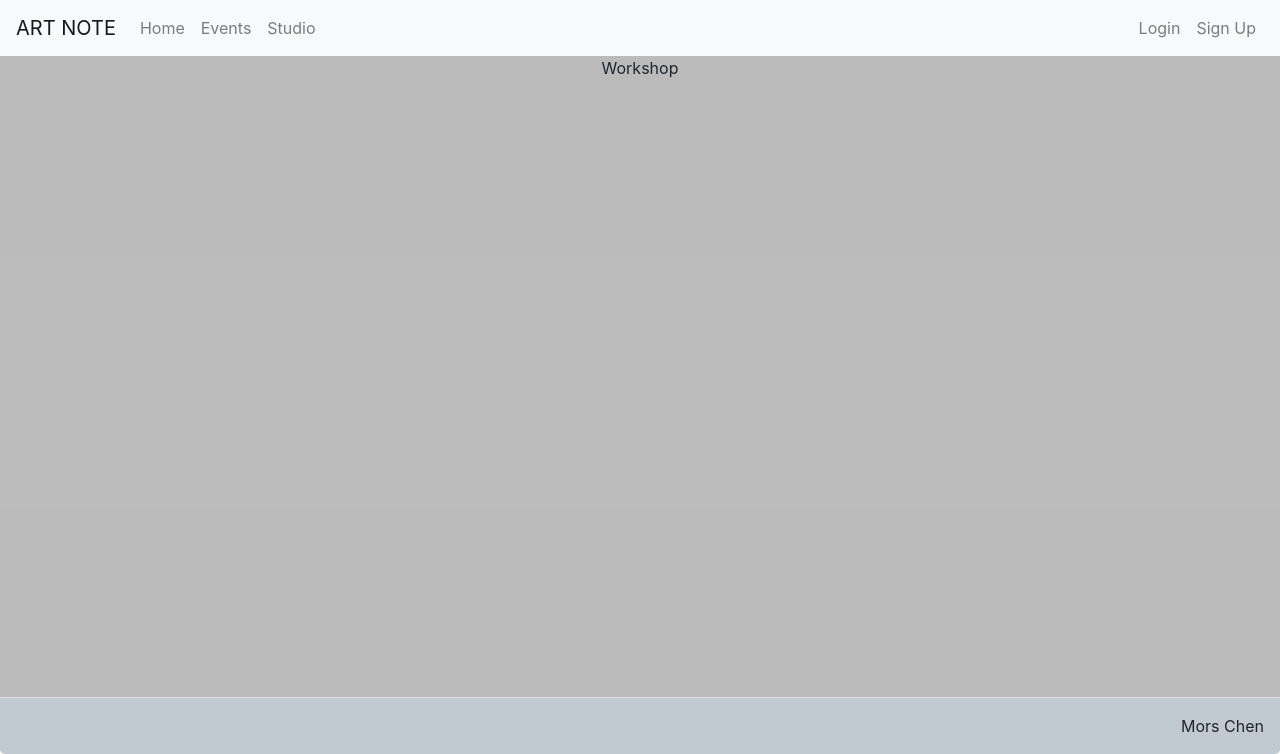
Repository: MorsChen/Final-Client
Page: /workshop (app in client-app/)
The author's editor kept a copy of each file at every save. The page is drawn from the files as they stood at one save, then again after the next save.
The browser window is 1280 px wide. The pictures show the whole page.
The page's requests for data from a server got no answer. The project was rebuilt for these pictures with package versions that can differ from the ones it lists, and the page was loaded fresh each time. No one was signed in, and anything a server would have sent is missing. Also part of the build but not shown: client-app/src/page/Home.js, client-app/src/page/SignUp.js, client-app/src/page/Login.js, client-app/src/page/Profile.js.

Above is the page before, as saved 2019-10-01 15:39:56.

### client-app/public/index.html
<!DOCTYPE html>
<html lang="en">
  <head>
    <meta charset="utf-8" />
    <link rel="shortcut icon" href="%PUBLIC_URL%/favicon.ico" />
    <meta name="viewport" content="width=device-width, initial-scale=1" />
    <meta name="theme-color" content="#000000" />
    <meta
      name="description"
      content="Web site created using create-react-app"
    />
    <link rel="apple-touch-icon" href="logo192.png" />
    <link
        rel="stylesheet"
        href="https://maxcdn.bootstrapcdn.com/bootstrap/4.3.1/css/bootstrap.min.css"
        integrity="sha384-ggOyR0iXCbMQv3Xipma34MD+dH/1fQ784/j6cY/iJTQUOhcWr7x9JvoRxT2MZw1T"
        crossorigin="anonymous"
      />
    <!--
      manifest.json provides metadata used when your web app is installed on a
      user's mobile device or desktop. See https://developers.google.com/web/fundamentals/web-app-manifest/
    -->
    <link rel="manifest" href="%PUBLIC_URL%/manifest.json" />
    <!--
      Notice the use of %PUBLIC_URL% in the tags above.
      It will be replaced with the URL of the `public` folder during the build.
      Only files inside the `public` folder can be referenced from the HTML.

      Unlike "/favicon.ico" or "favicon.ico", "%PUBLIC_URL%/favicon.ico" will
      work correctly both with client-side routing and a non-root public URL.
      Learn how to configure a non-root public URL by running `npm run build`.
    -->
    <title>Art Note</title>
  </head>
  <body>
    <noscript>You need to enable JavaScript to run this app.</noscript>
    <div id="root"></div>
    <!--
      This HTML file is a template.
      If you open it directly in the browser, you will see an empty page.

      You can add webfonts, meta tags, or analytics to this file.
      The build step will place the bundled scripts into the <body> tag.

      To begin the development, run `npm start` or `yarn start`.
      To create a production bundle, use `npm run build` or `yarn build`.
    -->
  </body>
</html>

### client-app/src/App.js
import React from "react";
import { BrowserRouter as Router, Route } from "react-router-dom";
import "./App.css";
import 'bootstrap/dist/css/bootstrap.min.css';



import Home from "./page/Home";
import SignUp from "./page/SignUp";
import Login from "./page/Login";
import Logout from "./page/Logout";
import Profile, {EditProfile, CreateProfile} from "./page/Profile";
import NavBar from "./static/NavBar";

// const URL = `https://127.0.0.1:5000/`
export default class App extends React.Component {
  constructor(props) {
    super(props);
    const existingToken = localStorage.getItem('token');
    const accessToken = (window.location.search.split("=")[0]==="?api_key") ? window.location.search.split("=")[1] : null;

    if (!accessToken && !existingToken){
        window.location.replace(`localhost:3000/`)
    };

    if (accessToken) {
        localStorage.setItem('token', accessToken);
    };

    this.state = {
      isloading:true,
      events: {},
      blogs: {},
      users: {},
      profiles: {},
      comments: {},
      news: {},
      token: existingToken || accessToken,
      user:{isSignin:false}
    }
  }

  componentDidMount() {
    this.fetchhome()
    this.fetchUser()
  }

  fetchUser= async() =>{
    const a = await fetch('https://127.0.0.1:5000/getuserinfo',{
      headers: {
        "Content-Type": "application/json",
        "Authorization": `Token ${this.state.token}`
      }
    })
    const b = await a.json()
    if (b.status === 200) {
      b.user.isSignin= true;
      b.user.token = this.state.token
      this.setState({isloading:true,user:b.user})
    }
  }

  fetchhome = async()=>{
    const token = this.state.token
    const resp = await fetch(`https://127.0.0.1:5000/userload`, {
            method: "GET",
            headers: ({
                "Content-Type": "application/json",
                "Authorization": `Token ${token}`
                })
            });
    const data = await resp.json()
    console.log("home data",data)
  }

  getToken = (token) => {
    this.setState({token : token})

  }
  // isSignin = () =>{
  //   if (this.state.token !== null){
  //     this.setState({ isSignin : true})
  //   }else {
  //     this.setState({isSignin: false})
  //   }
  //   localStorage.setItem('isSignin', this.isSignin)
  // }

  render() {
    console.log('check state', this.state)
    return (
      <div className="App">
        <Router>
            <NavBar user = {this.state.user} />


          <div className="mag-top">
            <Route path="/" exact component={Home}/>
            <Route path="/events/" exact component={Events} />
            <Route path="/studio/" exact component={Studio} />
            <Route path="/workshop/" component={Workshop} />
            <Route path="/profile/" exact component={ (props) => <Profile {...props} user = {this.state.user} />} />
            <Route path="/profile/create/" comment ={(props)=> <CreateProfile {...props} user = {this.state.user} />}/>
            <Route path="/profile/edit/" comment ={(props)=> <EditProfile {...props} user = {this.state.user} />}/>
            <Route path="/courses/" component={Courses} />
            {/* <Route path="/learningpaths/" component={LearningPaths} /> */}
            <Route path="/login/" component={ (props) => <Login {...props} getToken = {this.getToken} />}/>
            <Route path="/logout/" component= { (props) => <Logout {...props} token = {this.state.token} />}/>
            <Route path="/register/" component={SignUp} />
            <Route path="/about/" component={About} />
          </div>

          <div className="modal-footer">Mors Chen</div>
        </Router>
      </div>
    );
  }

}

function Events() {
  return <div className="FullContent"> Events </div>;
}

function Studio() {
  return <div className="FullContent"> Studio </div>;
}

function Workshop() {
  return <div className="FullContent"> Workshop </div>;
}

function Courses() {
  return <div className="FullContent"> Courses </div>;
}

// function LearningPaths() {
//   return <div> Learning Paths </div>;
// }

function About() {
  return <div className="FullContent"> ABOUT</div>;
}

// function Logout () {
//   return window.location.replace(`${URL}logout`)
// }

### client-app/src/App.css
.App {
  text-align: center;
}

@import url('https://fonts.googleapis.com/css?family=Exo:700');
@import url('https://fonts.googleapis.com/css?family=Abel');

.App-logo {
  height: 40vmin;
}

.App-header {
  background-color: #282c34;
  min-height: 100vh;
  display: flex;
  flex-direction: column;
  align-items: center;
  justify-content: center;
  font-size: calc(10px + 2vmin);
  color: white;
}

.App-link {
  color: #09d3ac;
}

.slider {
  height: 100vh;
  margin-top: -100px;
}

.navbar {
  position: fixed;
  top: 0;
  width: 100%;
  z-index: 1;
  }

.modal-footer {
  background-color: #607a8a65;
}

.mag-top {
  margin-top: 3.5rem;
}


.flip-card {
  background-color: transparent;
  width: 12rem;
  height: 19rem;
  perspective: 1000px;

}

.flip-card-inner {
  position: relative;
  width: 12rem;
  height: 19rem;
  text-align: center;
  transition: transform 1s;
  transform-style: preserve-3d;
  box-shadow: 0 4px 8px 0 rgba(0,0,0,0.2);
}

.flip-card:hover .flip-card-inner {
  transform: rotateY(180deg);
}

.flip-card-front, .flip-card-back {
  position: absolute;
  width: 12rem;
  height: 19rem;
  backface-visibility: hidden;
}

.flip-card-front {
  background-color: #bbb;
  color: black;
}

.flip-card-back {
  background-color: #524221;
  color: rgb(255, 189, 66);
  transform: rotateY(180deg);
}

.FullContent {
  display: flex;
  width: 100vw;
  height: 89vh;
  text-align: center;
  align-items: center;
  flex-direction: column;
  background-color: rgba(32, 32, 32, 0.301);
  margin-top: 2rem;
}

.form-content {
  display: flex;
  width: 80%;
  margin-top: 2rem;
  flex-direction: column;
  justify-content: space-between;
  padding: 1rem;
}

.content {
  display: flex;
  width: 100%;
  height: auto;
  justify-content: center;
}
.card-content {
  display: flex;
  width: 80%;
  margin-top: 2rem;
  flex-direction: row-reverse;
  justify-content: space-between;
  padding: 1rem;
}

.test-div{
  display: flex;
  width: 100%;
  margin-top: 20rem;
  /* height: 500px; */
  color: black;
}



/* Stop------ */
.card-tab {
  background-color: #4201010e;
  width: 100vw;
  height: auto;
  -webkit-transform: perspective(900px);
  transform: perspective(900px);
  -webkit-transform-style: preserve-3d;
  transform-style: preserve-3d;
  text-align:center;
}

.card-font {
  font-family: 'Abel', sans-serif;
  color: white;
  text-align:center;
  font-size:12px;
  text-align: center;
  transform: translatex(12px);
}

.text-h3-card {
  font-size:25px;
  font-family: 'Abel', sans-serif;
  color:rgb(255,255,255);
  text-shadow: 0 0 2px rgb(255,255,255);
  transform: translatey(10px);
}

.card1 {
  text-align:center;
  width: 10em;
  height: 350px;
  margin: 1rem;
  background: linear-gradient(rgb(225,150,58),rgb(227,144,91));
  transition:.6s;

  transform: rotatex(75deg) translatey(-200px) translatez(-100px);
  box-shadow: 0px 20px 60px rgba(0,0,0, 0.5);
}
.card1:hover{
  transform: rotatex(0deg);
  transition:.6s;
  box-shadow: 0px 0px 20px rgba(0, 0, 0, 0.3);
}
.card1 img{
  transform: translateY(1rem);
  width: 10em;
  height:120px;
}

.card2 {
  text-align:center;
  width: 10rem;
  height: 350px;
  margin: 1rem;
  background: linear-gradient(rgb(93,94,170),rgb(93,66,103));
  animation: animate 1s linear infinite;
  transition:.6s;

  transform: rotatex(75deg) translatey(-200px) translatez(-100px);
  box-shadow: 0px 20px 60px rgba(0, 0, 0, 0.5);
}
.card2:hover{
  transform: rotatex(0deg);
  transition:.6s;
  box-shadow: 0px 0px 20px rgba(0, 0, 0, 0.3);
}
.card2 img{
  transform: translateY(1rem);
  width: 10em;
  height:150px;
}
.card3 {
  text-align:center;
  width: 10em;
  height: 350px;
  margin: 1rem;
  background: linear-gradient(#ff5252, #b33939);
  transition:.6s;

  transform: rotatex(75deg) translatey(-200px) translatez(-100px);
  box-shadow: 0px 20px 60px rgba(0, 0, 0, 0.5);
}
.card3:hover{
  transform: rotatex(0deg);
  transition:.6s;
  box-shadow: 0px 0px 20px rgba(0, 0, 0, 0.3);
}
.card3 img{
  transform: translateY(1rem);
  width: 10em;
  height:120px;
}

### client-app/src/page/Logout.js
import React from "react";

const URL = `https://127.0.0.1:5000/`

export default class Logout extends React.Component {
    constructor(props){
        super(props)
        this.state = {...props}
        console.log('check props', this.state)

    }

    componentDidMount(){
        this.deltoken()
    }
    deltoken = async () => {
        console.log('check token inside', this.state.token)
        console.log('check URL', `${URL}logout`)
        const response = await fetch(`${URL}logout`, {
        method: 'GET',
        headers: {
            'Accept': 'application/json',
            'Content-Type': 'application/json',
            'Authorization': `Token ${this.state.token}`
        }
        })
        const status = await response.json()
        console.log('STATUS',status.status)
        if (status.status === 200) {
            localStorage.clear('token')
            this.setState({ token: null })
            return window.location.replace(`http://localhost:3000/`);}
            else {return alert('something wrong')}
    }
    sendToken=(token)=>{
        this.props.getToken({token: token})
    }

    render (){

        return [

        ]
    }
}

### client-app/src/static/NavBar.js
import React from "react";
import { Link } from "react-router-dom";
import { Navbar, Nav} from "react-bootstrap";


export default class NavBar extends React.Component {


  render () {
    console.log('check pass user', this.props.user)
      return [
          <Navbar bg="light" expand="lg">
          <Link class="navbar-brand" to="/">ART NOTE</Link>
            <Navbar.Toggle aria-controls="basic-navbar-nav" />
            <Navbar.Collapse id="basic-navbar-nav">
              <Nav className="mr-auto">
                <Link class="nav-link" to="/">
                    Home
                  </Link>
                  <Link class="nav-link" to="/events/">
                    Events
                  </Link>
                  <Link class="nav-link" to="/studio/">
                    Studio
                  </Link>
                  {this.props.user.isSignin ? <>
                    <Link class="nav-link" to="/workshop/">
                    WorkShop
                    </Link>
                    <Link class="nav-link" to="/courses/">
                      Courses
                    </Link>
                    <Link class="nav-link" to="/profile/">
                      Profile
                    </Link>
                    <Link class="nav-link" to="/about/">
                      About
                    </Link>
                    </> : <>
                      </>}

                {/* <NavDropdown title="Dropdown" id="basic-nav-dropdown">
                  <NavDropdown.Item href="#action/3.1">Action</NavDropdown.Item>
                  <NavDropdown.Item href="#action/3.2">Another action</NavDropdown.Item>
                  <NavDropdown.Item href="#action/3.3">Something</NavDropdown.Item>
                  <NavDropdown.Divider />
                  <NavDropdown.Item href="#action/3.4">Separated link</NavDropdown.Item>
                </NavDropdown> */}
              </Nav>
              <Nav className="mr-0">
                  {this.props.user.isSignin ? <><Link class="nav-link" to="/logout">Logout</Link>
                  </> : <>
                      <Link class="nav-link" to="/login">Login</Link>
                      <Link class="nav-link" to="/register">Sign Up</Link></>}
              </Nav>
            </Navbar.Collapse>
          </Navbar>

      ]
  }
}

Loaded but not shown: client-app/src/index.js (common file); client-app/src/index.css (common file); client-app/src/serviceWorker.js (common file)

After the next save:
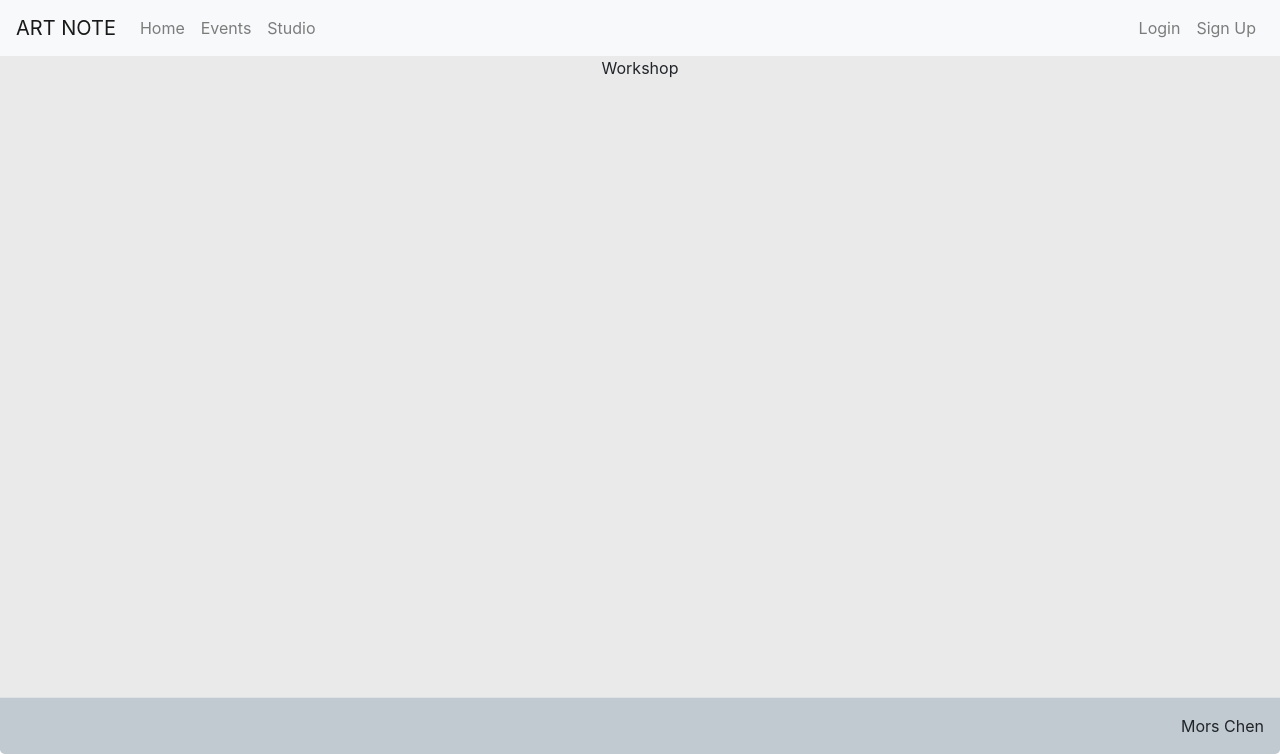
Saved 12 s later.
--- a/client-app/src/App.css
+++ b/client-app/src/App.css
@@ -92,7 +92,7 @@
   text-align: center;
   align-items: center;
   flex-direction: column;
-  background-color: rgba(32, 32, 32, 0.301);
+  background-color: rgba(32, 32, 32, 0.096);
   margin-top: 2rem;
 }
 
